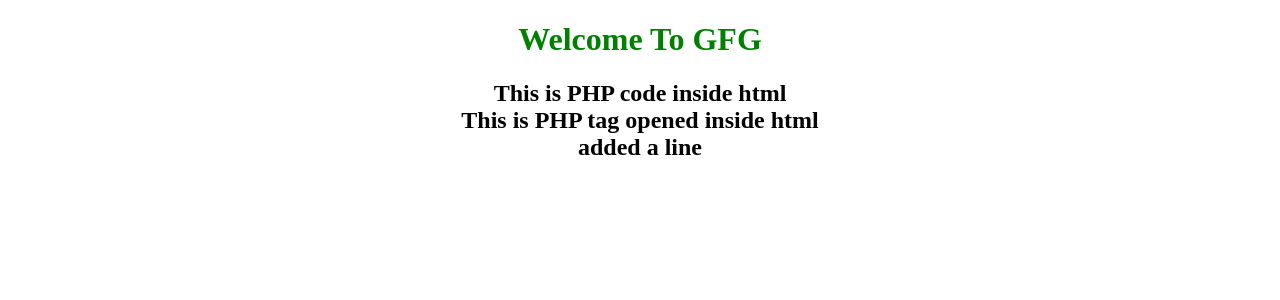
Repository: Sahanaranjith/php_projectgh
Page: http://localhost/example1.php
An editor plug-in stored every save of this project. The page is shown before and after a run of saves, followed by the edit.
The browser window is 1280 px wide. The pictures show the whole page.
The page is run by PHP 8.4 with error messages shown; the project is at /var/www/html/.

Above is the page before, as saved 2022-12-14 11:05:56.

### example1.php
<!DOCTYPE html>
<html>

<head>
    <style>
        h1 {
            color: green;
        }
    </style>
</head>

<body>
    <center>
        <h1>Welcome To GFG</h1>

        <h2>
            <?php
            echo "This is PHP code inside html<br>";
            echo "This is PHP tag opened inside html<br>";
            echo "added a line";
            ?>
        </h2>
    </center>
</body>

</html>

After the next 2 saves:
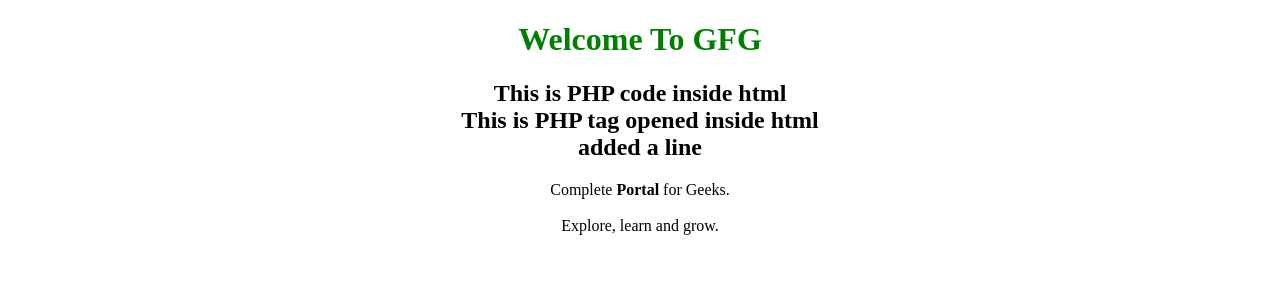
The 2 saves are shown as one change because they came seconds apart.
The last was saved 3 min 31 s later.
--- a/example1.php
+++ b/example1.php
@@ -20,6 +20,16 @@
             echo "added a line";
             ?>
         </h2>
+
+        <p>
+<?php
+echo "Complete <strong>Portal</strong> for Geeks."
+?>
+        <br><br>
+        <?php
+        echo 'Explore, learn and grow.'
+        ?>
+        </p>
     </center>
 </body>
 
